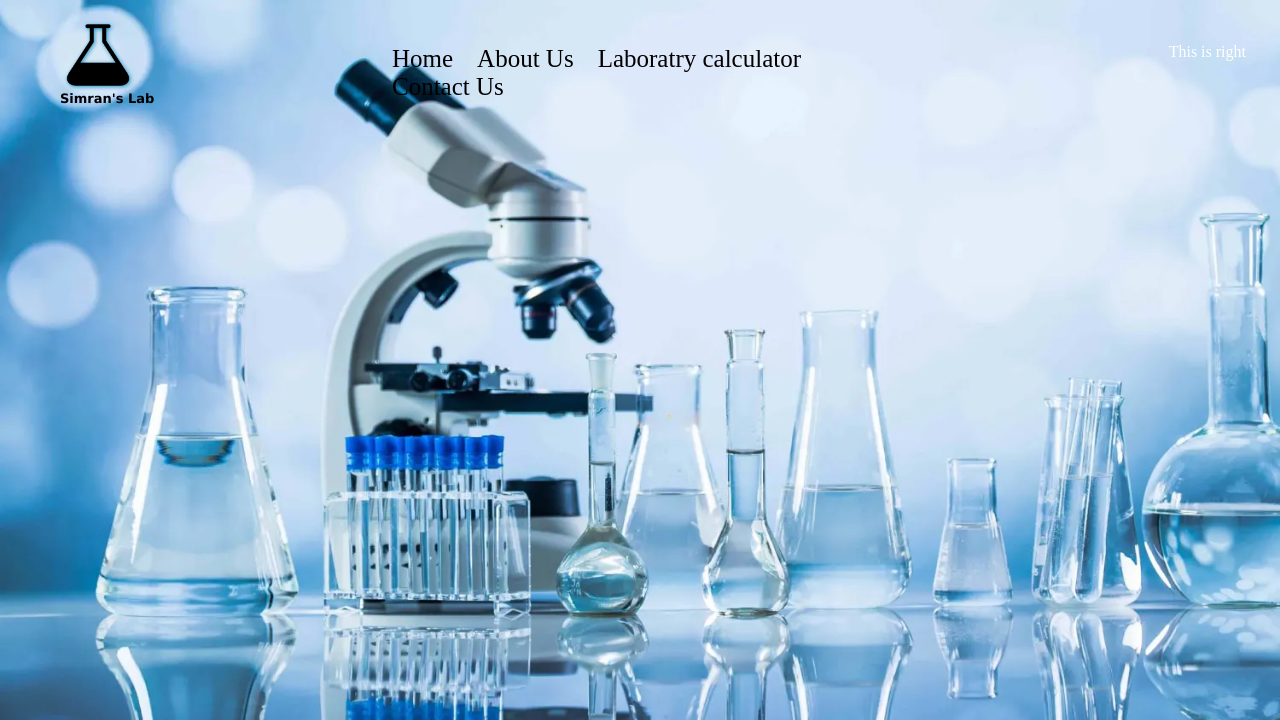
Repository: raisingh22/Simranlearning
Page: html css java/website/index.html
These files come from the project's save history. The page is drawn as it stood at one moment and after a run of saves; the edit follows.
The browser window is 1280 px wide. The pictures show the whole page.

Above is the page before, as saved 2024-01-01 18:52:21.

### html css java/website/index.html
<!DOCTYPE html>
<html lang="en">
<head>
    <meta charset="UTF-8">
    <meta name="viewport" content="width=device-width, initial-scale=1.0">
    <title>Simran's Lab</title>
</head>
<link rel="stylesheet" href="css/style.css">
<style>
    body {
        /* font-family: Impact, Haettenschweiler, 'Arial Narrow Bold', sans-serif; */
        color : white;
        padding: 0px;
        margin: 0px;
        background: url('img/bg2.webp');
        background-size:     cover;
        background-repeat:   no-repeat;
        }
    .left {
        display: inline-block;
        position: absolute;
        left: 60px;
        top: 20px;
        /* background-color: rgba(250, 235, 215, 0.943); */
        /* border: 2px solid #dad5d573; */
    }
    .left img{
        width: 76px;
        height: 70px;
        /* box-shadow: 10px 10px 20px rgb(167, 39, 39); */
        filter: drop-shadow(1px 1px 2px rgb(29, 144, 197));
        /* filter: invert(100%); */
    }
    .left div {
        font-family: 'Lucida Sans', 'Lucida Sans Regular', 'Lucida Grande', 'Lucida Sans Unicode', Geneva, Verdana, sans-serif;
        line-height: 9px;
        font-size: 13px;
        font-weight: bolder;
        color: black;
        text-align: center;
    }
    .mid{
        display: block;
        width: 45%;
        margin: 29px auto;
        /* border: 2px solid #427e56; */
        /* background-color: #b7b1b164; */
    }
    .right {
        position: absolute;
        right: 34px;
        top: 43px;
        display: inline-block;
        /* border: 2px solid #f058ed; */

    }
    .navbar{
        display: inline-block;
        /* padding: 0px 25px; */
    }
    .navbar li{
        display: inline-block;
        font-size: 25px;
        margin-right: 20px;
        /* border: 1px solid rgb(214, 161, 161); */
    }
    .navbar li a{
        color: rgb(3, 0, 0);
        text-decoration: none;
        /* padding: 5px 10px; */
        /* margin: ; */
        /* background-color: rgba(0, 0, 0, 0.607); */
    }
    .navbar li a:hover, .navbar li a.active{
        text-decoration: underline;
        color: grey;
    }

</style>
<body>
    <header class="header">
        <div class="left">
            <img src="img/logo2.png" alt="">
            <div>Simran's Lab</div>
        </div>
        <div class="mid">
            <ul class="navbar">
                <li><a href="#">Home</a></li>
                <li><a href="#">About Us</a></li>
                <li><a href="#">Laboratry calculator</a></li>
                <li><a href="#">Contact Us</a></li>
            </ul>

        </div>
        <div class="right">
            This is right

        </div>
    </header>

</body>
</html>

Loaded but not shown: html css java/website/css/style.css (no stored copy; drawn as an empty file)

After the next 2 saves:
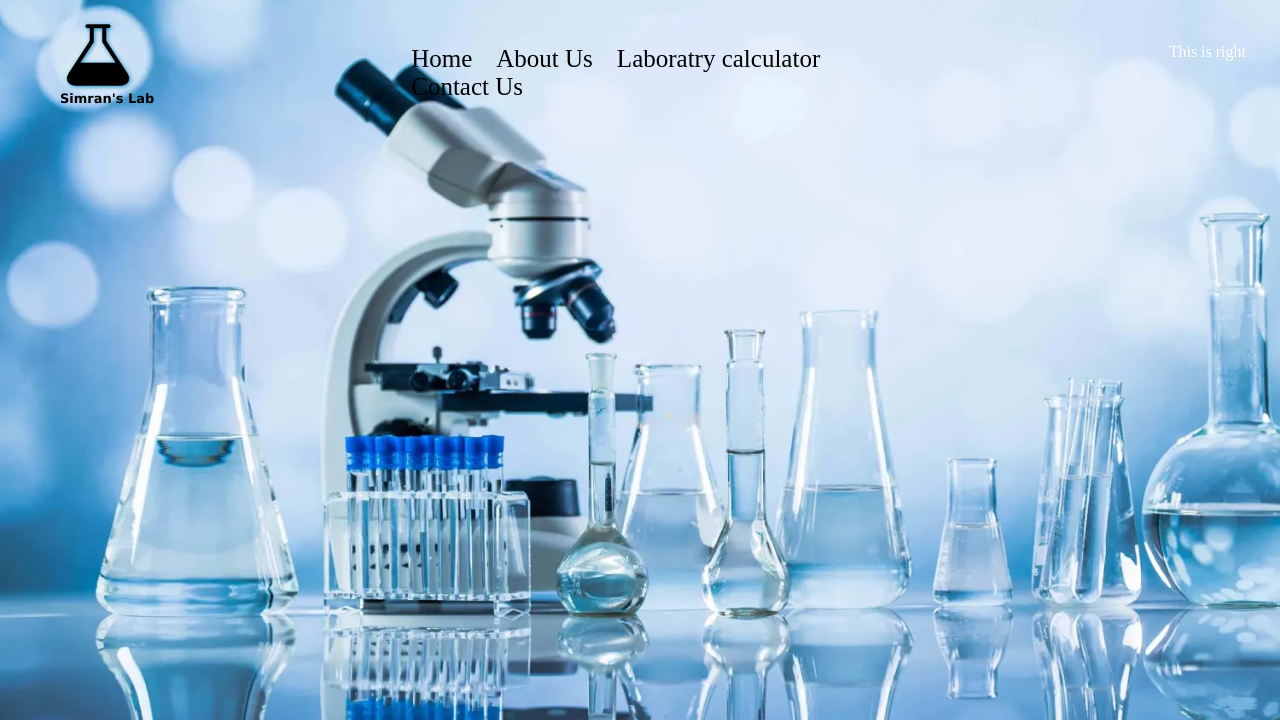
The 2 saves are shown as one change because they came seconds apart.
The last was saved 6 s later.
--- a/html css java/website/index.html
+++ b/html css java/website/index.html
@@ -41,7 +41,7 @@
     }
     .mid{
         display: block;
-        width: 45%;
+        width: 42%;
         margin: 29px auto;
         /* border: 2px solid #427e56; */
         /* background-color: #b7b1b164; */
